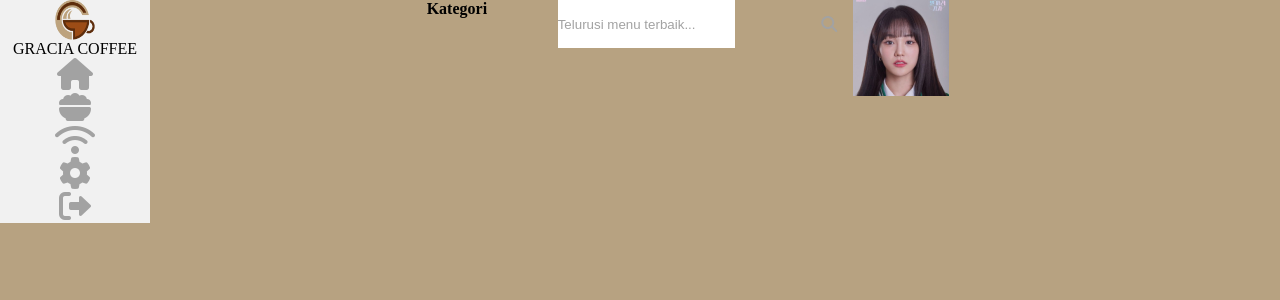
Repository: DanielChuaaa/sbd2
Page: index.html
An editor plug-in stored every save of this project. The page is shown before and after the next save, followed by the edit.
The browser window is 1280 px wide. The pictures show the whole page.
Some web libraries are served in a nearby version.

Above is the page before, as saved 2023-10-20 10:18:02.

### index.html
<!DOCTYPE html>
<html lang="en">
<head>
    <meta charset="UTF-8">
    <meta name="viewport" content="width=device-width, initial-scale=1.0">
    <title>Document</title>
    <link href="https://fonts.googleapis.com/css2?family=Roboto+Mono:wght@400;600;700&display=swap" rel="stylesheet" />
    <link
      rel="stylesheet"
      href="https://cdnjs.cloudflare.com/ajax/libs/font-awesome/6.1.2/css/all.min.css"
      integrity="sha512-1sCRPdkRXhBV2PBLUdRb4tMg1w2YPf37qatUFeS7zlBy7jJI8Lf4VHwWfZZfpXtYSLy85pkm9GaYVYMfw5BC1A=="
      crossorigin="anonymous"
      referrerpolicy="no-referrer"
    />
    <link rel="stylesheet" href="style.css">
</head>
<body>
    <div class="container">
        <div class="grid-wrapper">
            <div class="icon">
                <img src="/assets/logo projek SBD 1.png" width="40px" height="40px" alt="logo">
                <p>GRACIA COFFEE</p>
                <a href="#"><i class="fa-solid fa-house fa-2xl"></i></a>
                <a href="#"><i class="fa-solid fa-bowl-food fa-2xl"></i></a>
                <a href="#"><i class="fa-solid fa-wifi fa-2xl"></i></a>
                <a href="#"><i class="fa-solid fa-gear fa-2xl"></i></a>
                <a href="#"><i class="fa-solid fa-right-from-bracket fa-2xl"></i></a>
            </div>

            <div class="content">
                <div class="nav">
                    <h4>Kategori</h4>
                    <input type="text" name="text" id="text" class="input" placeholder="Telurusi menu terbaik...">
                    <i class="fa-solid fa-magnifying-glass"></i>
                </div>

                <div class="menu"></div>
            </div>

            <div class="order">
                <img src="/assets/g_8___8_idola_cantik_berbakat_alumni_sm_entertainment_yang_sudah_debut_di_girlgroup_agensi_lain_p_eks_sm_trainee-20220408-001-non_fotografer_kly 1.png" alt="">
            </div>
        </div>
    </div>
</body>
</html>

### style.css
:root{
    --clr-primary-100: #B7A281;

    --clr-neutral-100: #818181;
    --clr-neutral-200: #A2A2A2;
    --clr-neutral-300: #D9D9D9;
    --clr-neutral-400: #F8F8F8;
    --clr-neutral-500:  #f1f1f1;

    --ff: "Roboto Mono", monospace;

    --fw-regular: 400;
    --fw-semi-bold: 600;
    --fw-bold: 700;
}

*{
    box-sizing: border-box;
    margin: 0;
    padding: 0;
}

body{
    background-color: #B7A281;
}

.grid-wrapper{
    display: grid;
    grid-template-columns: 1fr 1fr 1fr;
}

.icon{
    background: var(--clr-neutral-500);

    display: flex;
    flex-direction: column;
    justify-content: space-evenly;
    align-items: center;
    max-width: 150px;
}

.fa-solid{
    color: var(--clr-neutral-200);
    padding: 1rem;
}

.nav{
    display: flex;
    justify-content: space-between;
}

.input{
    border: none;

}

::placeholder{
    color: var(--clr-neutral-200);
}

After the next save:
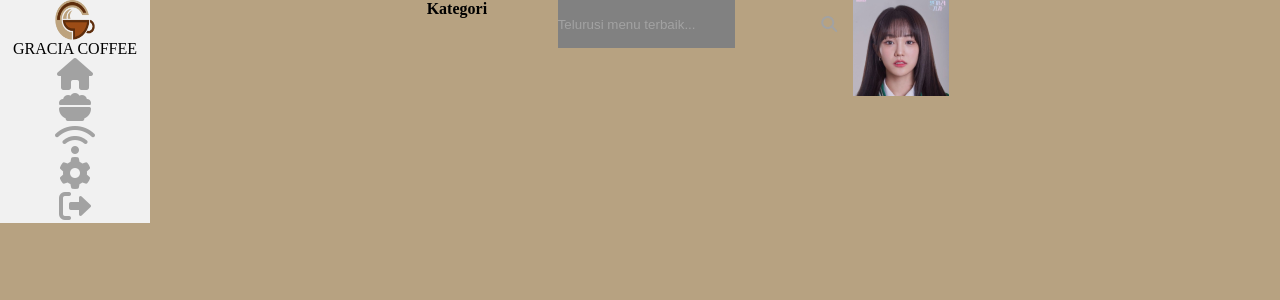
Saved 14 s later.
--- a/style.css
+++ b/style.css
@@ -50,6 +50,8 @@ body{
 }
 
 .input{
+    background: var(--clr-neutral-100);
+
     border: none;
 
 }
